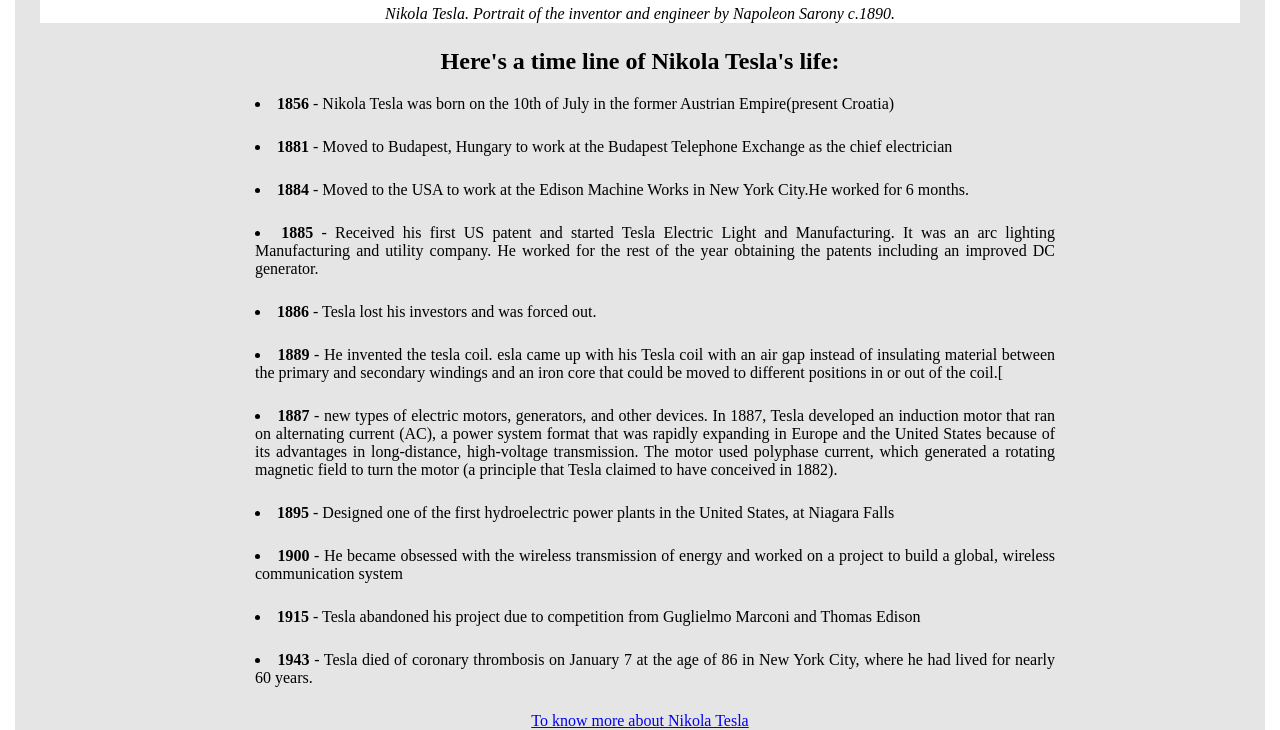
Repository: Avishka217/Tribute-Page
Page: index.html
The author's editor kept a copy of each file at every save. The page is drawn from the files as they stood at one save, then again after the next save.
The browser window is 1280 px wide. The pictures show the part of the page from y = 576 to 1306 px (the page is 1306 px tall before and 1209 px after).
A picture or video elsewhere on the page could not be fetched, so the positions and the page height are approximate.

Above is the page before, as saved 2020-03-18 19:53:47.

After the next save:
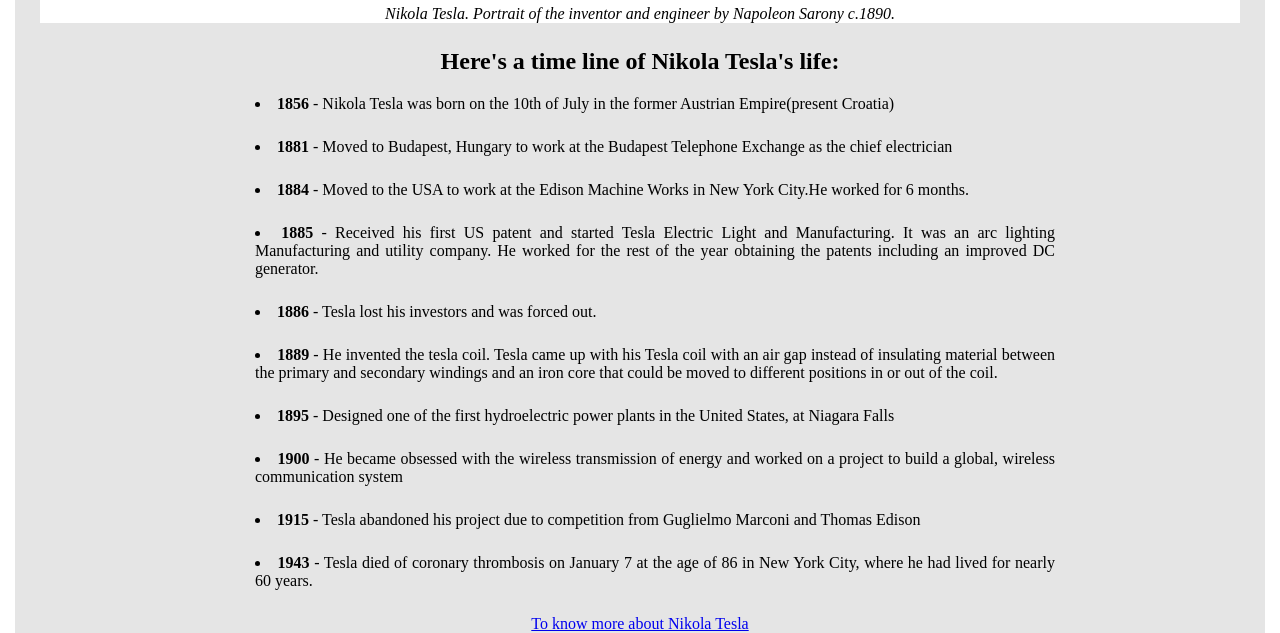
Saved 31 s later.
--- a/index.html
+++ b/index.html
@@ -41,16 +41,10 @@
                     and utility company. He worked for the rest of the year obtaining the patents including an improved
                     DC generator.</li>
                 <li><b>1886</b> - Tesla lost his investors and was forced out.</li>
-                <li><b>1889</b> - He invented the tesla coil. esla came up with his Tesla coil with an air gap instead
+                <li><b>1889</b> - He invented the tesla coil. Tesla came up with his Tesla coil with an air gap instead
                     of insulating material between the primary and secondary windings and an iron core that could be
-                    moved to different positions in or out of the coil.[</li>
-                <li><b>1887</b> - new types of electric motors, generators, and other devices.
+                    moved to different positions in or out of the coil.</li>
 
-                    In 1887, Tesla developed an induction motor that ran on alternating current (AC), a power system
-                    format that was rapidly expanding in Europe and the
-                    United States because of its advantages in long-distance, high-voltage transmission. The motor used
-                    polyphase current, which generated a rotating
-                    magnetic field to turn the motor (a principle that Tesla claimed to have conceived in 1882).</li>
                 <li><b>1895</b> - Designed one of the first hydroelectric power plants in the United States, at Niagara
                     Falls</li>
                 <li><b>1900</b> - He became obsessed with the wireless transmission of energy and worked on a project to
